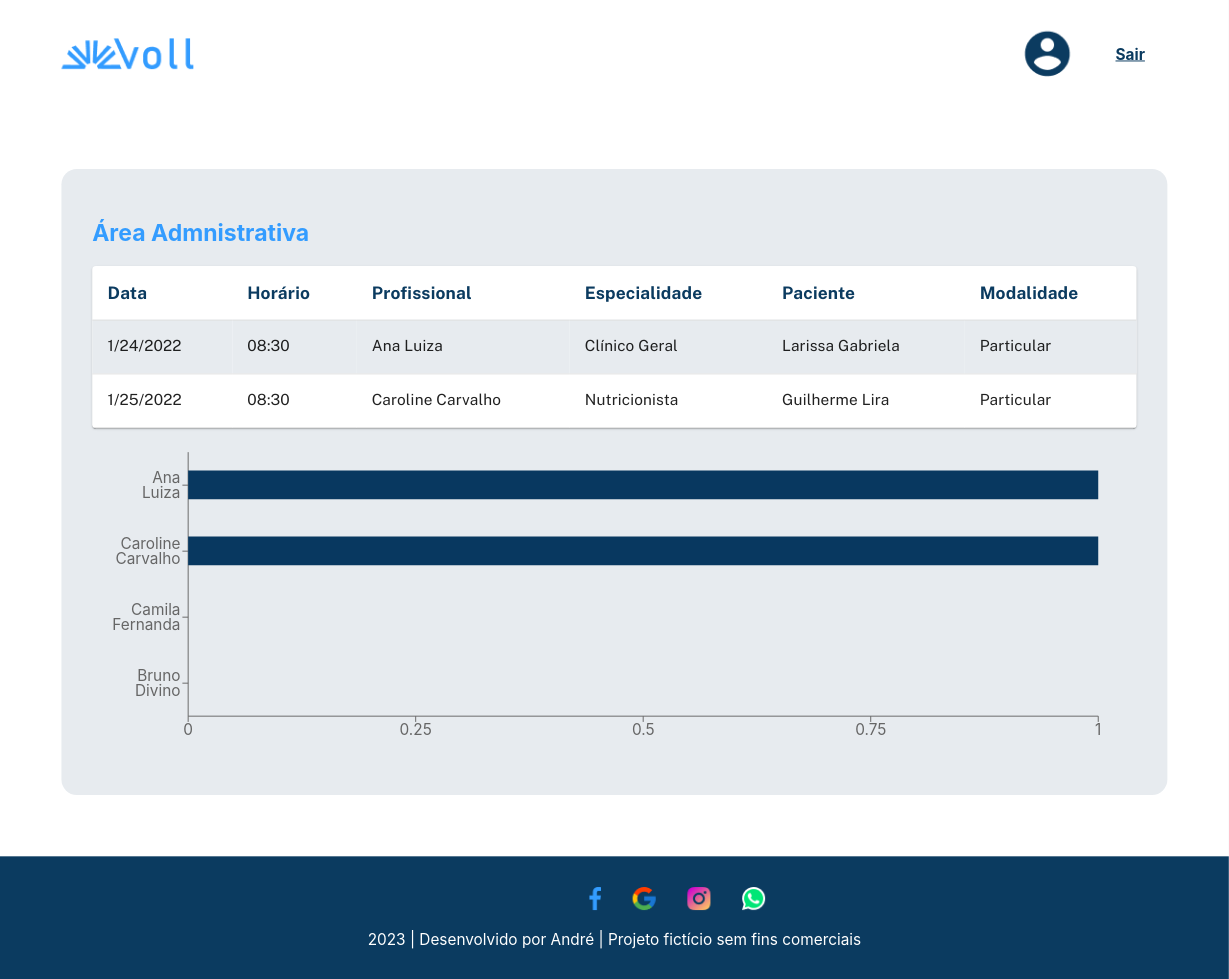
Repository: andrevff/voll-main
Page: /
These files come from the project's save history. The page is drawn as it stood at one moment and after the next save; the edit follows.
The browser window is 1280 px wide. The pictures show the whole page, at 96% of full size.
The project was rebuilt for these pictures with package versions that can differ from the ones it lists, and the page was loaded fresh each time. Requests to the local data server were answered from the project's data file. Also part of the build but not shown: src/App.css.

Above is the page before, as saved 2023-07-31 23:35:22.

### src/App.tsx
import './App.css';
import Cabecalho from './components/cabecalho';
import Container from './components/container';
import Grafico from './components/grafico';
import Rodape from './components/rodape';
import Tabela from './components/tabela';
import Titulo from './components/titulo';
import useDadosConsulta from './useDadosConsulta';
import useDadosProfissional from './useDadosProfissional';

function App() {

  const {dados: consultas, erro: consultasErro} = useDadosConsulta()
  const {dados: profissionais, erro: profissionaisErro} = useDadosProfissional()

  if (consultasErro || profissionaisErro) {
    console.log("Ocorreu um erro na requisição!")
  }

  return (
    <>
      <Cabecalho />
      <Container>
        <Titulo>Área Admnistrativa</Titulo>
        <Tabela consultas={consultas} />
        <Grafico consultas={consultas} profissionais={profissionais} />
      </Container>
      <Rodape />
    </>
  );
}

export default App;

### src/components/cabecalho/index.tsx
/* eslint-disable jsx-a11y/anchor-is-valid */
import styled from 'styled-components'
import logo from './assets/logo.png'
import perfil from './assets/perfil.png'

const CabecalhoEstilizado = styled.header`
    display: flex;
    align-items: center;
    justify-content: space-between;
    padding: 2em 4em;
`

const Container = styled.div`
    display: flex;
    align-items: center;
    justify-content: space-around;
    flex-grow: .1;
`

const LinkEstilizado = styled.a`
    color: var(--azul-escuro);
    font-weight: 700;
`

export default function Cabecalho(){
    return(
        <CabecalhoEstilizado>
            <img src={logo} alt="Logo da empresa Voll" />
            <Container>
                <img src={perfil} alt="Imagem de perfil do usuário" />
                <LinkEstilizado href="#">Sair</LinkEstilizado>
            </Container>
        </CabecalhoEstilizado>
    )

}

### src/components/container/index.tsx
import styled from "styled-components";

const Container = styled.section`
    background-color: var(--cinza-claro);
    margin: 4em;
    border-radius: 16px;
    padding: 2em;
    height: 100%;
`

export default Container

### src/components/grafico/index.tsx
import { Bar, BarChart, ResponsiveContainer, XAxis, YAxis } from "recharts";
import IProfissional from "../../types/IProfissional";
import IConsulta from "../../types/IConsulta";
import useDadosGrafico from "./useDadosGrafico";
import styled from "styled-components";

interface Props {
    profissionais: IProfissional[] | null,
    consultas: IConsulta[] | null
}

interface IDados {
    nome: string,
    consultas: number
}

const SecaoEstilizada = styled.section`
    background-color: white;
    border-radius: 16px;
`

export default function Grafico({profissionais, consultas}: Props){

    let dados: Array<IDados> = useDadosGrafico({profissionais, consultas})

    return(
        <>
            <div>
                <ResponsiveContainer width="100%" height={350}>
                    <BarChart layout="vertical" data={dados} margin={{ top: 25, right: 40, left: 40, bottom: 20 }}>
                        <XAxis type="number"></XAxis>
                        <YAxis type="category" dataKey="nome"></YAxis>
                        <Bar dataKey="consultas" fill="#083860" barSize={30}></Bar>
                    </BarChart>
                </ResponsiveContainer>
            </div>
        </>
    )
}

### src/components/rodape/index.tsx
/* eslint-disable jsx-a11y/anchor-has-content */
/* eslint-disable jsx-a11y/anchor-is-valid */
import styled from 'styled-components'
import facebook from './assets/facebook.png'
import google from './assets/google.png'
import instagram from './assets/instagram.png'
import whatsapp from './assets/whatsapp.png'

const RodapeEstilizado = styled.footer`
    height: 100%;
    color: white;
    padding: 1em;
    background-color: var(--azul-escuro);
    text-align: center;
`

const ListaEstilizada = styled.ul`
    display: flex;
    justify-content: space-around;
    width: 10%;
    margin: 1em auto;
`

const ItemEstilizado = styled.li`
    list-style-type: none;
    padding: 0 1em;
`

export default function Rodape(){
    return(
        <RodapeEstilizado>
            <ListaEstilizada>
                <ItemEstilizado>
                    <a href="#">
                        <img src={facebook} alt="Logo do Facebook" />
                    </a>
                </ItemEstilizado>
                <ItemEstilizado>
                    <a href="#">
                        <img src={google} alt="Logo do Google" />
                    </a>
                </ItemEstilizado>
                <ItemEstilizado>
                    <a href="#">
                        <img src={instagram} alt="Logo do Instagram" />
                    </a>
                </ItemEstilizado>
                <ItemEstilizado>
                    <a href="#">
                        <img src={whatsapp} alt="Logo do WhatsApp" />
                    </a>
                </ItemEstilizado>
            </ListaEstilizada>
            <p>2023 | Desenvolvido por André | Projeto fictício sem fins comerciais</p>
        </RodapeEstilizado>
    )
}

### src/components/tabela/index.tsx
import { Paper } from "@mui/material";
import TableContainer from "@mui/material/TableContainer/TableContainer";
import Table from "@mui/material/Table/Table";
import TableHead from "@mui/material/TableHead/TableHead";
import TableRow from "@mui/material/TableRow/TableRow";
import TableCell from "@mui/material/TableCell/TableCell";
import TableBody from "@mui/material/TableBody/TableBody";
import IConsulta from "../../types/IConsulta";
import styled from "@emotion/styled";
import { tableCellClasses } from "@mui/material/TableCell";

const CelulaEstilizada = styled(TableCell)(() => ({
    [`&.${tableCellClasses.head}`]: {
        color: "var(--azul-escuro)",
        fontSize: 18,
        fontWeight: 700,
        fontFamily: "var(--fonte-principal)"
    },
    [`&.${tableCellClasses.body}`]: {
        fontSize: 16,
        fontFamily: "var(--fonte-principal)"
    }
}))

const LinhaEstilizada = styled(TableRow)(() => ({
    [`&:nth-of-type(odd)`]: {
        backgroundColor: "var(--cinza-claro)",
        align: "right"
    }
}))

export default function Tabela({consultas} : {consultas : IConsulta[] | null}) {
    return(
        <>
            <TableContainer component = {Paper}>
                <Table sx={{minWidth: 700}} aria-label="tabela-customizada">
                    <TableHead>
                        <TableRow>
                            <CelulaEstilizada>Data</CelulaEstilizada>
                            <CelulaEstilizada>Horário</CelulaEstilizada>
                            <CelulaEstilizada>Profissional</CelulaEstilizada>
                            <CelulaEstilizada>Especialidade</CelulaEstilizada>
                            <CelulaEstilizada>Paciente</CelulaEstilizada>
                            <CelulaEstilizada>Modalidade</CelulaEstilizada>
                        </TableRow>
                    </TableHead>
                    <TableBody>
                        {consultas?.map((linha) => {
                            return(
                                <LinhaEstilizada>
                                    <CelulaEstilizada component="th" scope="row">{new Date(linha.data).toLocaleDateString()}</CelulaEstilizada>
                                    <CelulaEstilizada>{linha.horario}</CelulaEstilizada>
                                    <CelulaEstilizada>{linha.profissional[0].nome}</CelulaEstilizada>
                                    <CelulaEstilizada>{linha.profissional[0].especialidade}</CelulaEstilizada>
                                    <CelulaEstilizada>{linha.paciente}</CelulaEstilizada>
                                    <CelulaEstilizada>{linha.modalidade}</CelulaEstilizada>
                                </LinhaEstilizada>
                            )
                        })}

                    </TableBody>
                </Table>
            </TableContainer>
        </>
    )
}

### src/components/titulo/index.tsx
/* eslint-disable jsx-a11y/heading-has-content */
import avaliacao from './assets/avaliacao.png'
import grafico from './assets/grafico.png'
import consulta from './assets/consulta.png'
import React from 'react'
import styled from 'styled-components'

interface Props{
    imagem?: string,
    children?: React.ReactNode
}

interface IImagens{
    avaliacao: string,
    grafico: string,
    consulta: string
}

const SpanEstilizado = styled.span<Props>`
    background: no-repeat;
    background-position: center;
    background-size: cover;
    width: 25px;
    height: 25px;
    background-image: ${props => props.imagem ? `url(${props.imagem})` : 'none'};
`

const TituloEstilizado = styled.h2`
    color: var(--azul-claro);
`

const ContainerEstilizado = styled.div`
    display: flex;
    align-items: center;
`

export default function Titulo({ imagem, children }: Props){

    const listaDeImagens: IImagens = {
        avaliacao: avaliacao,
        grafico: grafico,
        consulta: consulta
    }

    return(
        <ContainerEstilizado>
            {imagem && <SpanEstilizado imagem={listaDeImagens[imagem as keyof IImagens]} />}
            <TituloEstilizado>{children}</TituloEstilizado>
        </ContainerEstilizado>
    )
}

### src/useDadosConsulta.ts
import IConsulta from "./types/IConsulta"
import useFetch from "./useFetch"

const useDadosConsulta = () => {
    return useFetch<IConsulta[]>({url: 'consultas'})
}

export default useDadosConsulta

### src/useDadosProfissional.ts
import IProfissional from "./types/IProfissional"
import useFetch from "./useFetch"

const useDadosProfissional = () => {
    return useFetch<IProfissional[]>({url: 'profissionais'})
}

export default useDadosProfissional

### src/components/grafico/useDadosGrafico.ts
import IConsulta from "../../types/IConsulta"
import IProfissional from "../../types/IProfissional"

interface Props {
    profissionais: IProfissional[] | null,
    consultas: IConsulta[] | null
}

interface IDados {
    nome: string,
    consultas: number
}

const useDadosGrafico = ({ profissionais, consultas }: Props) => {
    let dados: Array<IDados> = []

    if (profissionais && consultas) {
        dados = profissionais.map((profissional) => ({
            nome: profissional.nome,
            consultas: consultas.filter((consulta) =>
                consulta.profissional.some((prof) => prof.nome === profissional.nome)
            ).length
        }))
    }

    return dados
}

export default useDadosGrafico

### src/useFetch.ts
import { useEffect, useState } from "react";

export default function useFetch<T>({url} : {url : string}) {
    const [dados, setDados] = useState<T | null>(null)
    const [erro, setErro] = useState('')

    useEffect(() => {
        fetch(`http://localhost:8000/${url}`).then(
            resposta => resposta.json()
        ).then(dados => setDados(dados)).catch((erro => setErro(erro)))
    }, [url])

    return { dados, erro }
}

Loaded but not shown: public/index.html (common file); src/index.tsx (common file); src/index.css (common file); db.json (common file)

After the next save:
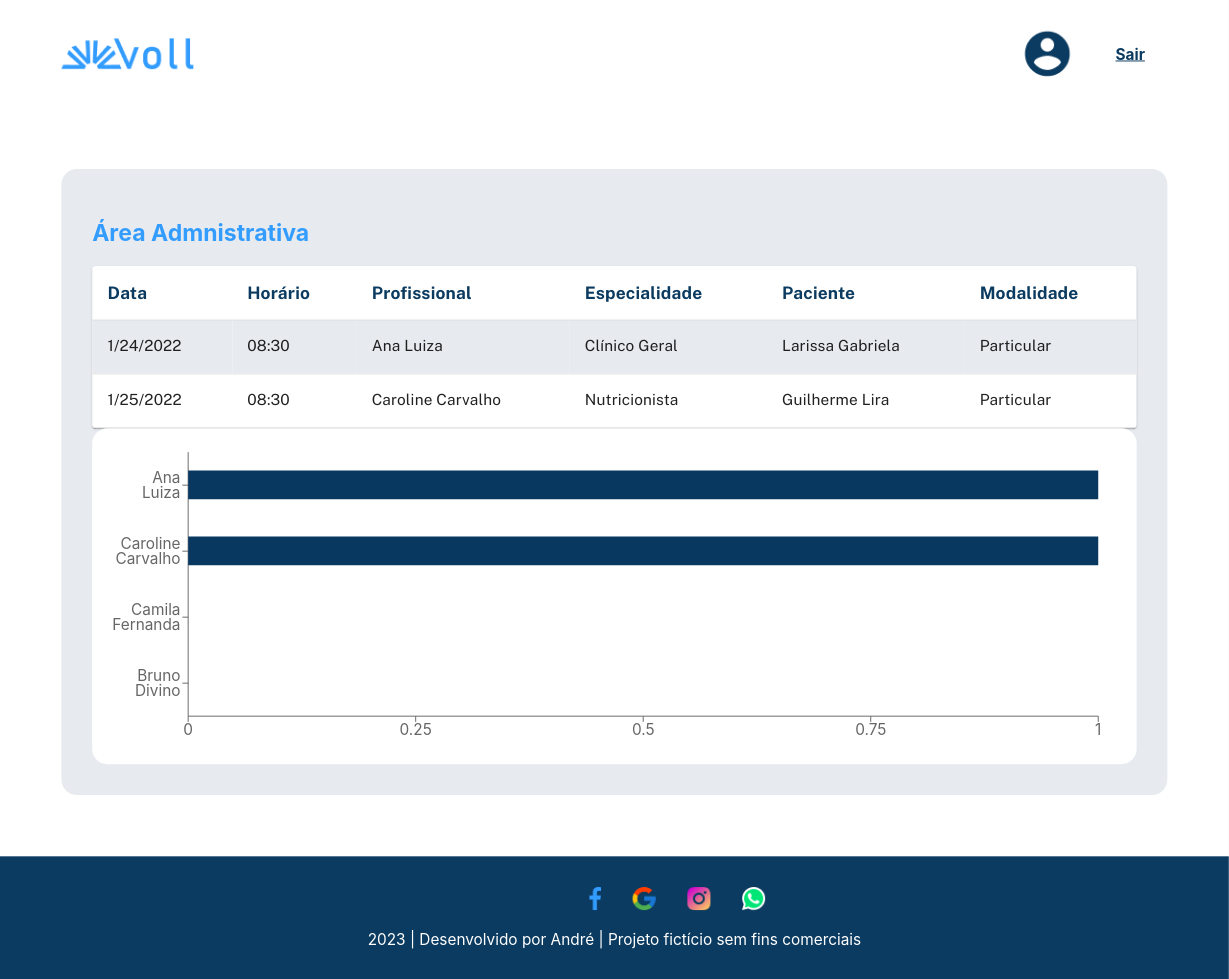
Saved 10 s later.
--- a/src/components/grafico/index.tsx
+++ b/src/components/grafico/index.tsx
@@ -25,7 +25,7 @@ export default function Grafico({profissionais, consultas}: Props){
 
     return(
         <>
-            <div>
+            <SecaoEstilizada>
                 <ResponsiveContainer width="100%" height={350}>
                     <BarChart layout="vertical" data={dados} margin={{ top: 25, right: 40, left: 40, bottom: 20 }}>
                         <XAxis type="number"></XAxis>
@@ -33,7 +33,7 @@ export default function Grafico({profissionais, consultas}: Props){
                         <Bar dataKey="consultas" fill="#083860" barSize={30}></Bar>
                     </BarChart>
                 </ResponsiveContainer>
-            </div>
+            </SecaoEstilizada>
         </>
     )
 }
